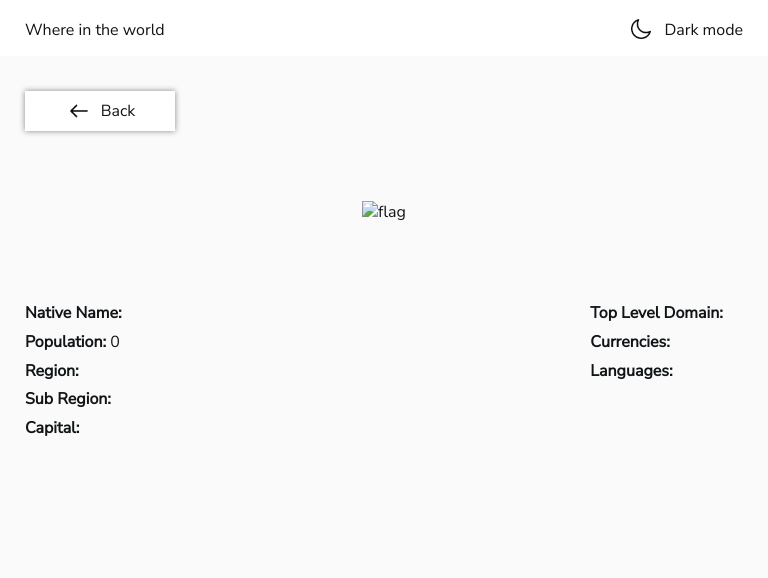
Repository: faithandjs/rest-countries-api
Page: /details
These files come from the project's save history. The page is drawn as it stood at one moment and after the next save; the edit follows.
The browser window is 768 px wide. The pictures show the whole page.
The page's requests for data from a server got no answer. The project was rebuilt for these pictures with package versions that can differ from the ones it lists, and the page was loaded fresh each time. No one was signed in, and anything a server would have sent is missing. Also part of the build but not shown: src/components/home.tsx.

Above is the page before, as saved 2022-04-16 16:04:39.

After the next save:
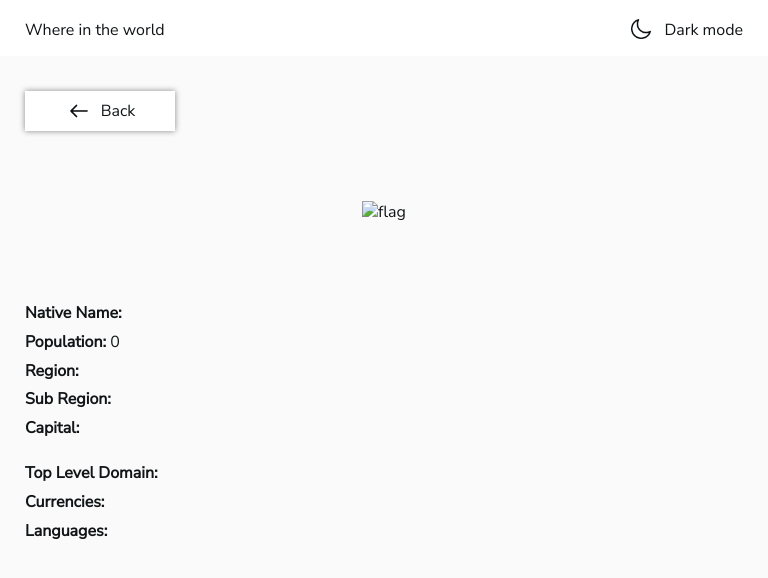
Saved 57 s later.
--- a/src/components/style/style.scss
+++ b/src/components/style/style.scss
@@ -237,6 +237,11 @@ a:-webkit-any-link {
                     width: 600px;
                 }
             }
-        }
-    }
-}
+            .moreContent{
+                .lists{
+                    display: block;
+                }
+            }
+        }
+    }
+}
